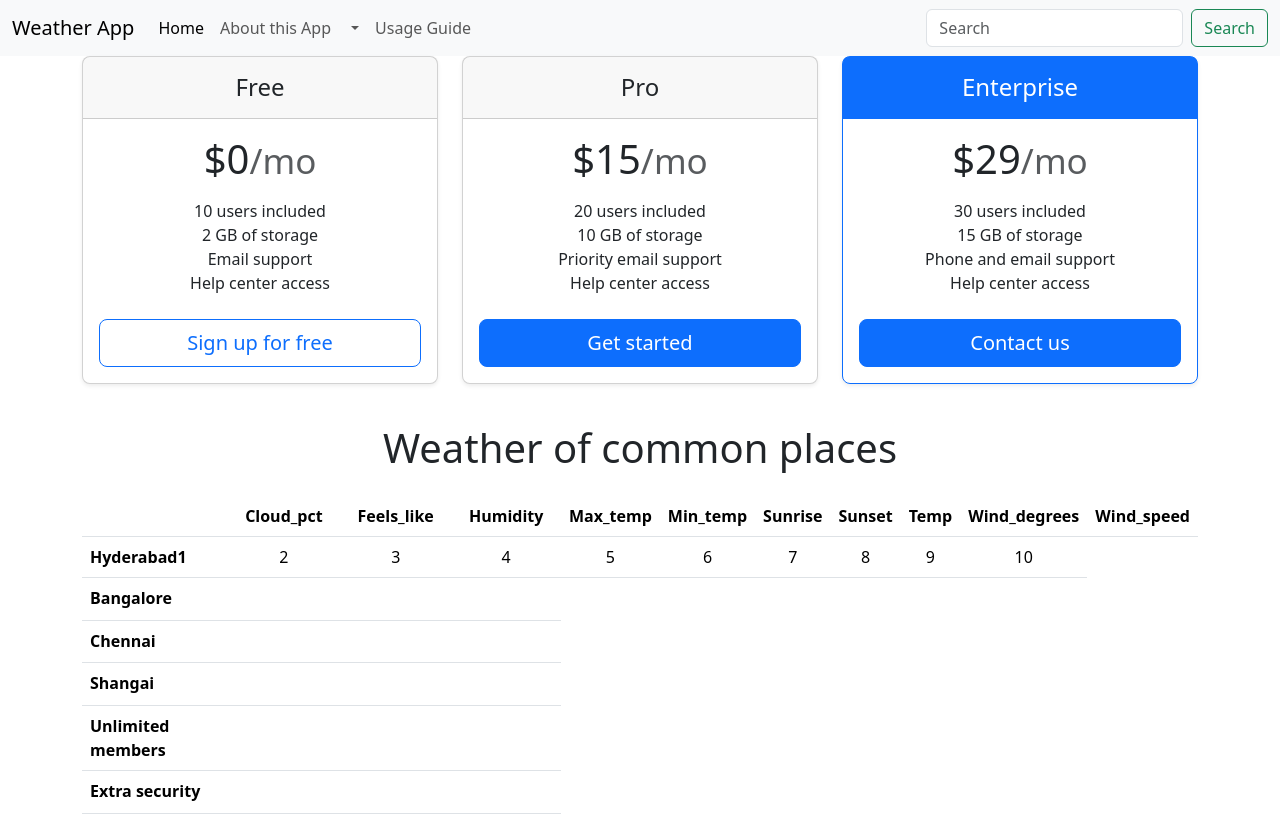
Repository: Abhilash2909/weather
Page: index.html
The author's editor kept a copy of each file at every save. The page is drawn from the files as they stood at one save, then again after a run of saves.
The browser window is 1280 px wide. The pictures show the whole page.
The page's requests for data from a server got no answer.

Above is the page before, as saved 2024-02-11 10:40:20.

After the next 3 saves:
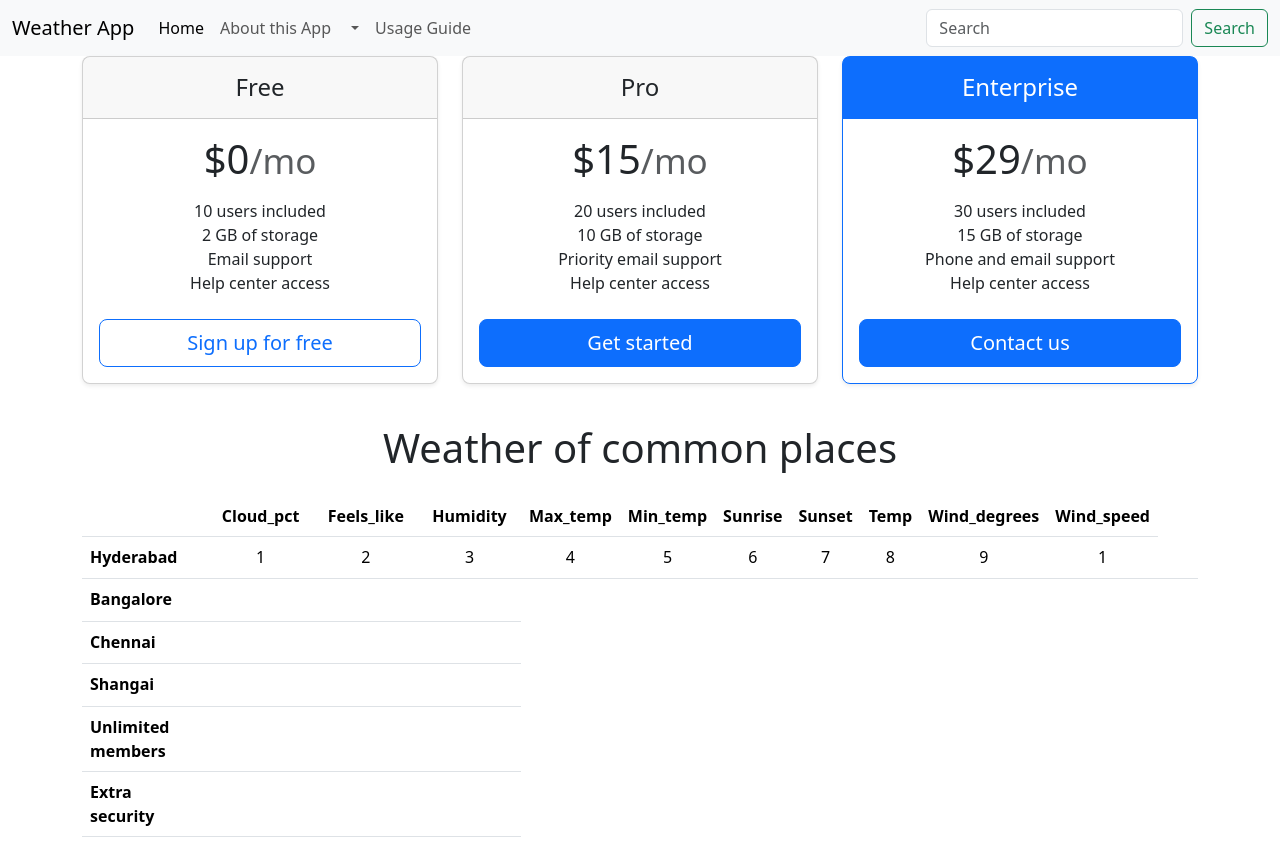
The 3 saves are shown as one change because they came seconds apart.
The last was saved 21 s later.
--- a/index.html
+++ b/index.html
@@ -119,8 +119,7 @@
             </thead>
             <tbody>
               <tr>
-                <th scope="row" class="text-start">Hyderabad</
-
+                <th scope="row" class="text-start">Hyderabad</th>
                 <td>1</td>
                 <td>2</td>
                 <td>3</td>
@@ -130,7 +129,9 @@
                 <td>7</td>
                 <td>8</td>
                 <td>9</td>
-                <td>10</td>
+                <td>1</td>
+
+                <td><svg class="bi" width="24" height="24"><use xlink:href="#check"></use></svg></td>
               </tr>
               <tr>
                 <th scope="row" class="text-start">Bangalore</th>
